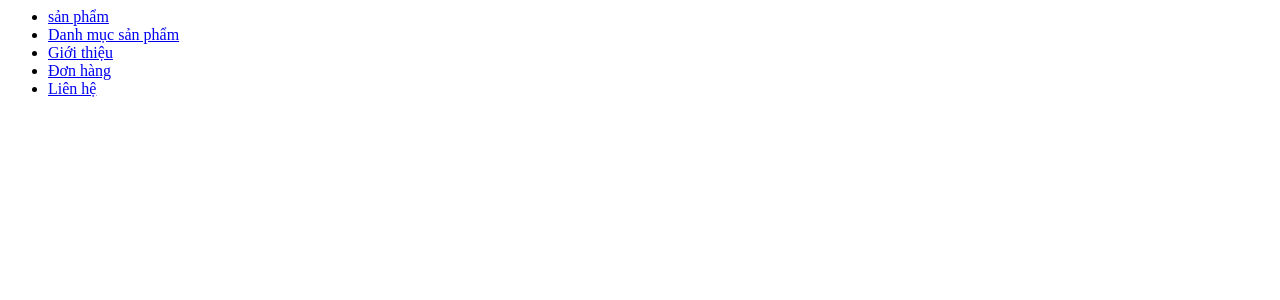
Repository: leducnam1805/JSP-SERVLET
Page: http://localhost/baiTap1/views/BT2/inc/menu.jsp
The author's editor kept a copy of each file at every save. The page is drawn from the files as they stood at one save, then again after the next save.
The browser window is 1280 px wide. The pictures show the whole page.
The page is served by Tomcat 9.

Above is the page before, as saved 2020-06-24 03:11:32.

After the next save:
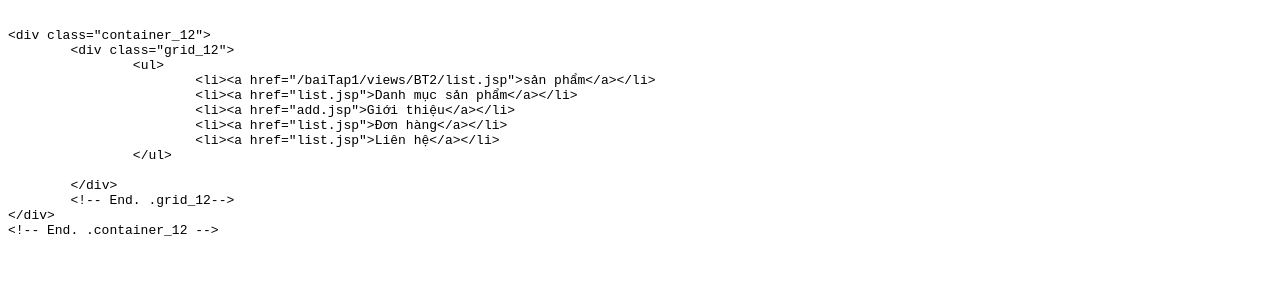
Saved 15 s later.
--- a/loiGiai/baiTap1/WebContent/views/BT2/inc/menu.jsp
+++ b/loiGiai/baiTap1/WebContent/views/BT2/inc/menu.jsp
@@ -1,13 +1,13 @@
-<%@ page language="java" contentType="text/html; charset=UTF-8"
+<%@ page language="java" contentType="text/jsp; charset=UTF-8"
 	pageEncoding="UTF-8"%>
 <div class="container_12">
 	<div class="grid_12">
 		<ul>
-			<li><a href="<%=request.getContextPath()%>/views/BT2/list.html">sản phẩm</a></li>
-			<li><a href="list.html">Danh mục sản phẩm</a></li>
-			<li><a href="add.html">Giới thiệu</a></li>
-			<li><a href="list.html">Đơn hàng</a></li>
-			<li><a href="list.html">Liên hệ</a></li>
+			<li><a href="<%=request.getContextPath()%>/views/BT2/list.jsp">sản phẩm</a></li>
+			<li><a href="list.jsp">Danh mục sản phẩm</a></li>
+			<li><a href="add.jsp">Giới thiệu</a></li>
+			<li><a href="list.jsp">Đơn hàng</a></li>
+			<li><a href="list.jsp">Liên hệ</a></li>
 		</ul>
 
 	</div>
